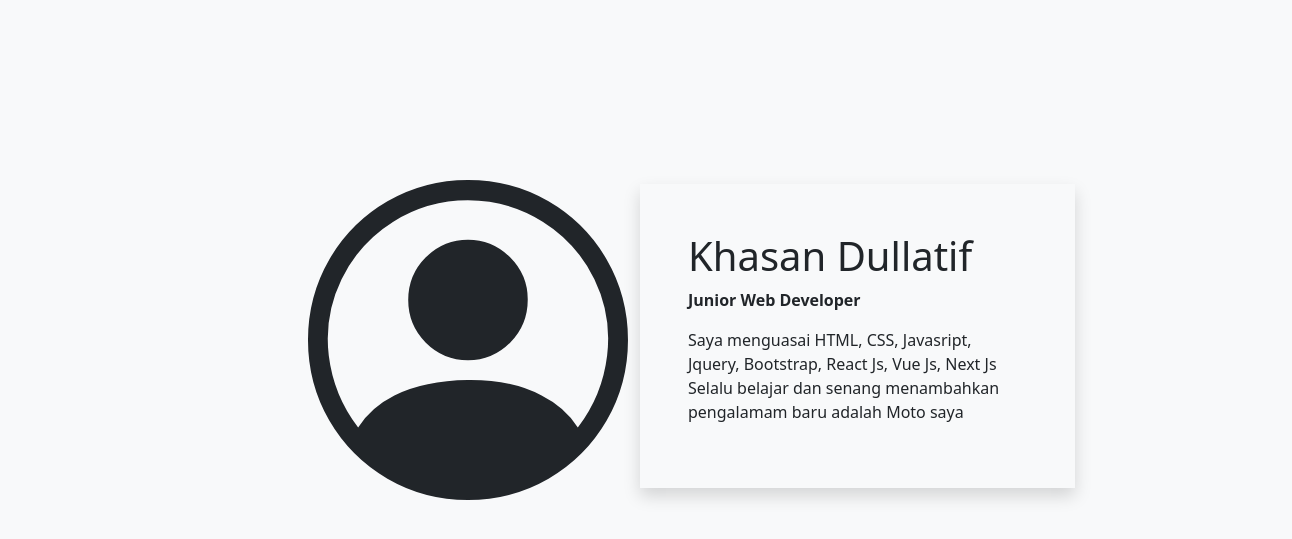
Repository: AHSANS354/MSIB5-Mini-Project
Page: http://localhost/admin/about.php
An editor plug-in stored every save of this project. The page is shown before and after the next save, followed by the edit.
The browser window is 1280 px wide. The page is 1292 px wide, so the pictures cover 1292 px, including what lies to the right of the window. The pictures show the whole page.
The page is run by PHP 8.4 with error messages shown; the project is at /var/www/html/.

Above is the page before, as saved 2023-10-04 23:31:29.

After the next save:
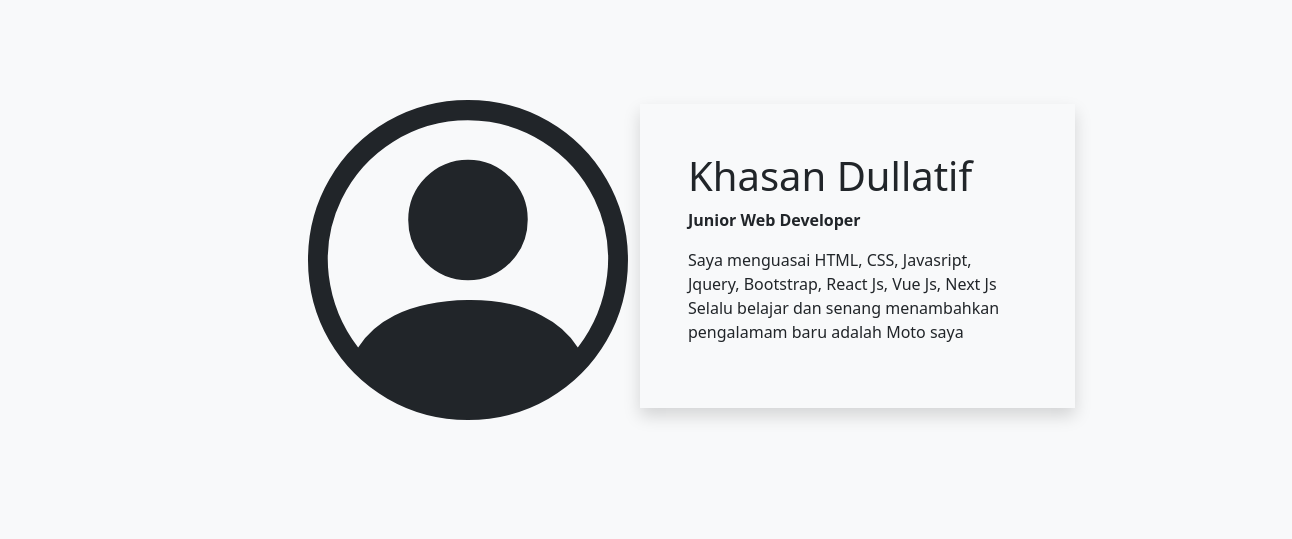
Saved 23 s later.
--- a/admin/about.php
+++ b/admin/about.php
@@ -16,7 +16,7 @@
   ?>
   <body class="bg-light">
     <div class="home">
-      <div class="row mt-5 pt-5 d-flex align-items-center">
+      <div class="row pt-3 d-flex align-items-center">
         <div class="col-6 d-flex justify-content-end">
           <i class="bi bi-person-circle text-dark" style="font-size: 20rem"></i>
         </div>
